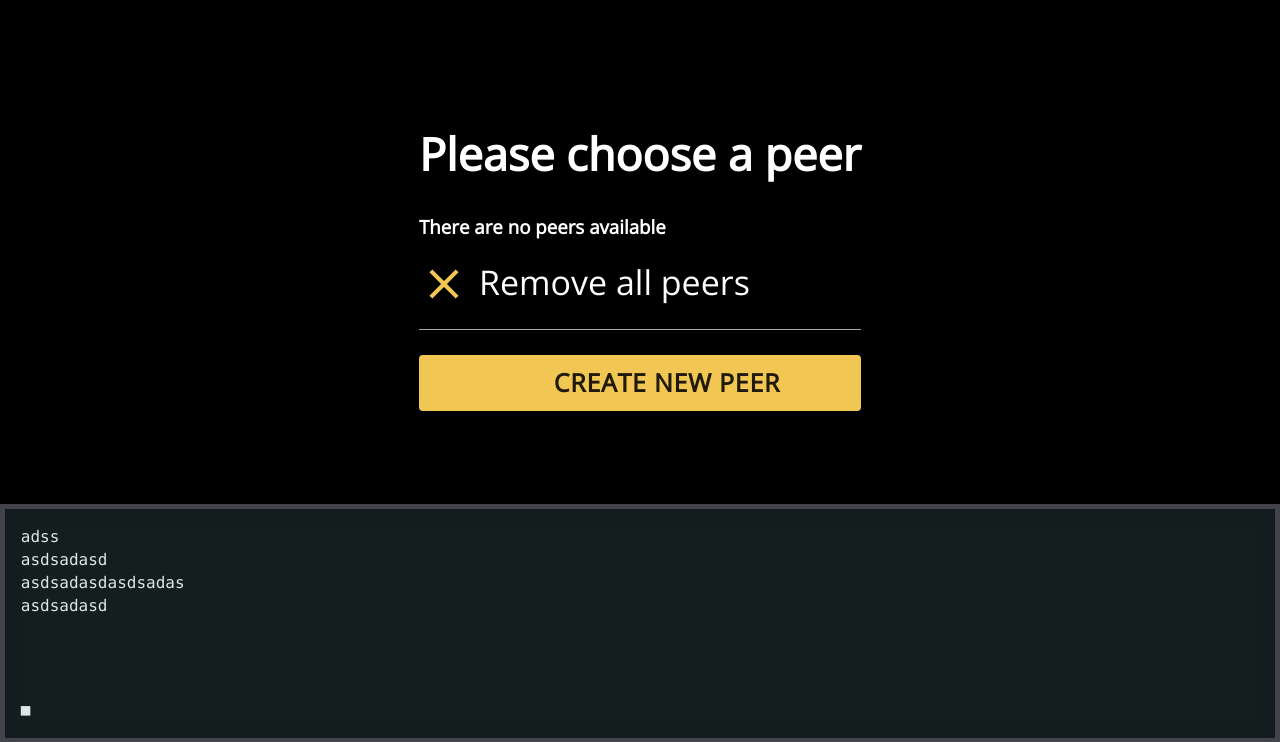
Repository: Bachdz/ASAP-Gui-Frontend
Page: /login
The author's editor kept a copy of each file at every save. The page is drawn from the files as they stood at one save, then again after a run of saves.
The browser window is 1280 px wide. The pictures show the whole page.
The page's requests for data from a server got no answer. The project was rebuilt for these pictures with package versions that can differ from the ones it lists, and the page was loaded fresh each time. No one was signed in, and anything a server would have sent is missing. Also part of the build but not shown: src/css/loginscreen/Peer.css, src/components/fragments/Footer.js, src/components/mainscreen/subcomponents/Apps.js, src/css/mainscreen/Main.css, src/components/mainscreen/Main.js.

Above is the page before, as saved 2020-12-16 20:50:28.

After the next 3 saves:
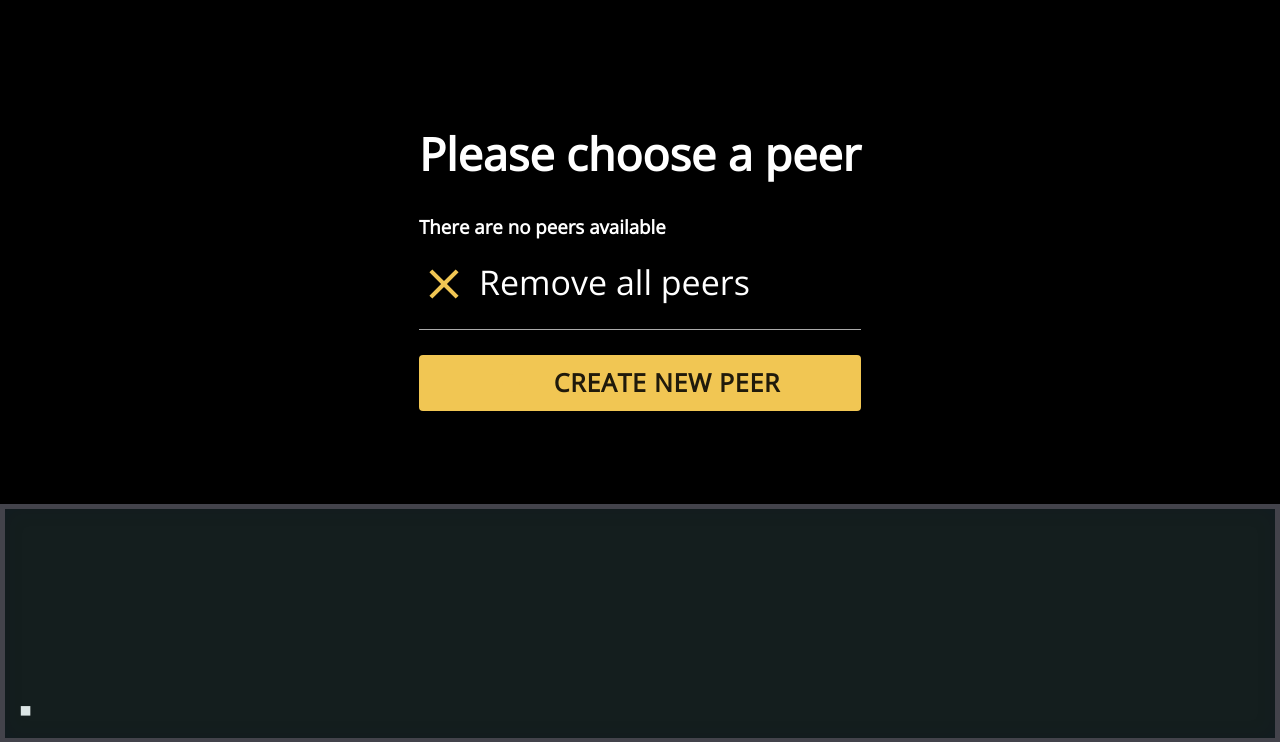
The 3 saves are shown as one change because 2 did not build or start.
The last was saved 17 min 26 s later.
--- a/src/components/fragments/Terminal.js
+++ b/src/components/fragments/Terminal.js
@@ -3,16 +3,23 @@ import '../../css/Terminal.css';
 
 
 
-export default function Terminal() {
+function Terminal(props) {
     return (
         <div className="console">
             <pre className="i-has-teh-code" >
-                adss<br />
-                asdsadasd<br />
-                asdsadasdasdsadas<br />
-                asdsadasd<br />
+                {props.consolelog.map((string) => {
+
+                    string
+
+
+
+                }
+                )
+                }
+
             </pre>
 
         </div>
     )
 }
+export default Terminal;
